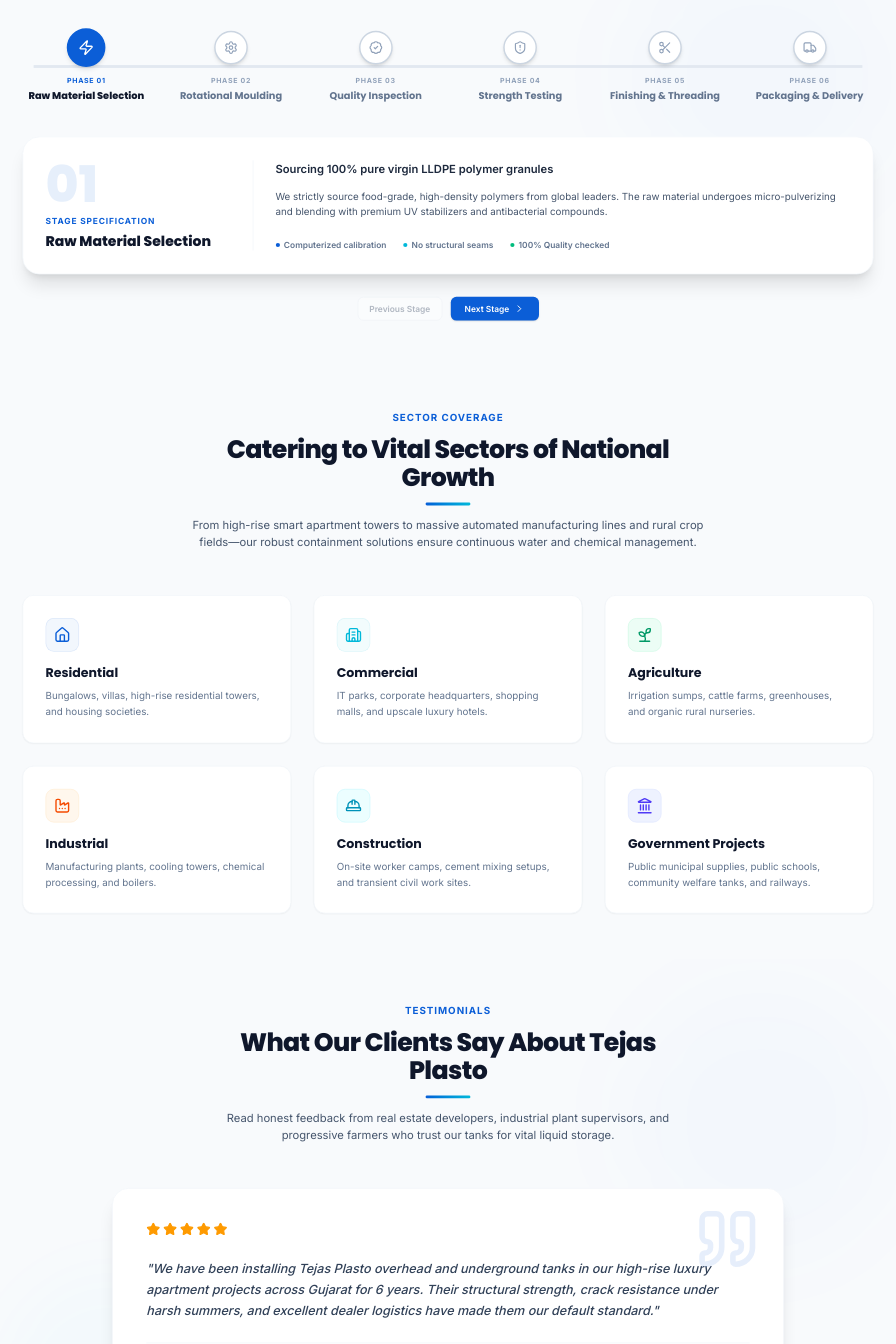
Repository: NikunjRajpara/TejasPlasto
Page: /
These files come from the project's save history. The page is drawn as it stood at one moment and after the next save; the edit follows.
The browser window is 1280 px wide. The pictures show the part of the page from y = 4580 to 6500 px (the page is 10199 px tall before and 10175 px after), at 70% of full size.
Pictures or frames that could not be fetched are drawn as grey boxes. The project was rebuilt for these pictures with package versions that can differ from the ones it lists, and the page was loaded fresh each time. Also part of the build but not shown: vite.config.js, src/components/Certifications.jsx, src/components/QuoteModal.jsx.

Above is the page before, as saved 2026-07-08 17:05:49.

### index.html
<!doctype html>
<html lang="en">
  <head>
    <meta charset="UTF-8" />
    <meta name="viewport" content="width=device-width, initial-scale=1.0" />
    <title>Tejas Plasto - Strong, Safe, and Reliable Water Storage Tanks</title>
  </head>
  <body>
    <div id="root"></div>
    <script type="module" src="/src/main.jsx"></script>
  </body>
</html>

### src/main.jsx
import {StrictMode} from 'react';
import {createRoot} from 'react-dom/client';
import App from './App.jsx';
import './index.css';

const root = document.getElementById('root');

createRoot(root).render(
  <App />
);

### src/App.jsx
/**
 * @license
 * SPDX-License-Identifier-2.0
 */

import React, { useState } from 'react';
import Navbar from './components/Navbar';
import Hero from './components/Hero';
import CompanyOverview from './components/CompanyOverview';
import ProductCategories from './components/ProductCategories';
import WhyChooseUs from './components/WhyChooseUs';
import ManufacturingProcess from './components/ManufacturingProcess';
import IndustriesServed from './components/IndustriesServed';
import Certifications from './components/Certifications';
import Testimonials from './components/Testimonials';
import Gallery from './components/Gallery';
import FAQ from './components/FAQ';
import Contact from './components/Contact';
import Footer from './components/Footer';
import QuoteModal from './components/QuoteModal';

export default function App() {
	const [isQuoteOpen, setIsQuoteOpen] = useState(false);
	const [preSelectedCategory, setPreSelectedCategory] = useState(undefined);

	const handleOpenQuote = (category) => {
		setPreSelectedCategory(category);
		setIsQuoteOpen(true);
	};

	const handleCloseQuote = () => {
		setIsQuoteOpen(false);
		setPreSelectedCategory(undefined);
	};

	return (
		<div className="min-h-screen bg-slate-50 text-slate-800 antialiased selection:bg-primary/20 selection:text-primary">
			{/* Sticky Premium Header */}
			<Navbar onOpenQuote={() => handleOpenQuote()} />

			{/* Main Page Layout */}
			<main>
				{/* Hero Section */}
				<Hero onOpenQuote={() => handleOpenQuote()} />

				{/* Company Overview (About) */}
				<CompanyOverview />

				{/* Product Categories */}
				<ProductCategories onSelectProductForQuote={(cat) => handleOpenQuote(cat)} />

				{/* Why Choose Tejas Plasto */}
				<WhyChooseUs />

				{/* Manufacturing Process */}
				<ManufacturingProcess />

				{/* Industries Served */}
				<IndustriesServed />

				{/* Customer Testimonials Carousel */}
				<Testimonials />

				{/* Infrastructure & Project Gallery with Lightbox */}
				<Gallery />

				{/* Accordion FAQ Section */}
				<FAQ />

				{/* Contact Form & VATVA Map */}
				<Contact />
			</main>

			{/* Multi-column Polished Footer */}
			<Footer />

			{/* Interactive Sizing & Quote Request Calculator Modal */}
			<QuoteModal
				isOpen={isQuoteOpen}
				onClose={handleCloseQuote}
				initialCategory={preSelectedCategory}
			/>
		</div>
	);
}

### src/index.css
@import url('https://fonts.googleapis.com/css2?family=Poppins:wght@300;400;500;600;700;800&family=Inter:wght@300;400;500;600;700&display=swap');
@import "tailwindcss";

@theme {
  --font-sans: "Inter", ui-sans-serif, system-ui, sans-serif;
  --font-display: "Poppins", sans-serif;

  --color-primary: #0B5ED7;
  --color-secondary: #00B8D9;
  --color-accent: #F57C00;
  --color-dark-footer: #0E1726;
}

html {
  scroll-behavior: smooth;
  font-family: var(--font-sans);
}

.font-display {
  font-family: var(--font-display);
}

### src/components/WhyChooseUs.jsx
import React from 'react';
import { motion } from 'motion/react';
import { ShieldCheck, Sun, Droplets, Sparkles, Activity, ShieldAlert, Wrench, Award, ArrowRight } from 'lucide-react';
import { FEATURES } from '../data';

export default function WhyChooseUs() {
	const getIcon = (iconName) => {
		switch (iconName) {
			case 'ShieldCheck':
				return <ShieldCheck className="w-6 h-6 text-emerald-600" />;
			case 'Sun':
				return <Sun className="w-6 h-6 text-orange-600" />;
			case 'Droplets':
				return <Droplets className="w-6 h-6 text-blue-600" />;
			case 'Sparkles':
				return <Sparkles className="w-6 h-6 text-teal-600" />;
			case 'Activity':
				return <Activity className="w-6 h-6 text-primary" />;
			case 'ShieldAlert':
				return <ShieldAlert className="w-6 h-6 text-rose-600" />;
			case 'Wrench':
				return <Wrench className="w-6 h-6 text-indigo-600" />;
			case 'Award':
				return <Award className="w-6 h-6 text-amber-600" />;
			default:
				return <ShieldCheck className="w-6 h-6 text-primary" />;
		}
	};

	const getBgColor = (iconName) => {
		switch (iconName) {
			case 'ShieldCheck': return 'bg-emerald-50 text-emerald-700';
			case 'Sun': return 'bg-orange-50 text-orange-700';
			case 'Droplets': return 'bg-blue-50 text-blue-700';
			case 'Sparkles': return 'bg-teal-50 text-teal-700';
			case 'Activity': return 'bg-blue-50 text-blue-700';
			case 'ShieldAlert': return 'bg-rose-50 text-rose-700';
			case 'Wrench': return 'bg-indigo-50 text-indigo-700';
			case 'Award': return 'bg-amber-50 text-amber-700';
			default: return 'bg-blue-50 text-blue-700';
		}
	};

	return (
		<section id="why-us" className="py-13 bg-white relative overflow-hidden">
			{/* Visual background accents */}
			<div className="absolute top-1/2 left-10 w-72 h-72 bg-orange-500/3 rounded-full blur-2xl pointer-events-none" />

			<div className="max-w-7xl mx-auto px-4 sm:px-6 lg:px-8 relative z-10">

				{/* Section Header */}
				<div className="text-center max-w-3xl mx-auto mb-16 space-y-4">
					<span className="text-sm font-bold text-primary uppercase tracking-widest block">THE TEJAS PLASTO EDGE</span>
					<h2 className="text-3xl sm:text-4xl font-display font-extrabold text-slate-900 tracking-tight">
						Excellence Engineering. Ultimate Liquid Safety.
					</h2>
					<div className="w-16 h-1 bg-gradient-to-r from-primary to-secondary mx-auto rounded" />
					<p className="text-slate-600">
						We build tanks with precise multi-layer engineering to isolate your stored water from intense heat, external impacts, algae formation and structural cracking.
					</p>
				</div>
				{/* Feature Cards Grid */}
				<div
					className="flex flex-wrap justify-center gap-6"
					id="features-cards-grid"
				>
					{FEATURES.map((feat, index) => (
						<motion.div
							key={feat.id}
							whileHover={{ y: -6 }}
							transition={{ duration: 0.2 }}
							className="w-full sm:w-[calc(50%-12px)] lg:w-[calc(25%-18px)] p-8 bg-slate-50 border border-slate-200 rounded-3xl flex flex-col justify-between hover:bg-white hover:shadow-xl hover:border-slate-300 transition-all group"
						>
							<div className="space-y-6">
								{/* Icon wrapper */}
								<div
									className={`w-12 h-12 rounded-2xl flex items-center justify-center ${getBgColor(
										feat.iconName
									)} group-hover:scale-110 transition-transform`}
								>
									{getIcon(feat.iconName)}
								</div>

								<div className="space-y-1.5">
									<h3 className="font-display font-bold text-slate-900 text-base">
										{feat.title}
									</h3>
									<p className="text-xs text-slate-500 leading-relaxed">
										{feat.description}
									</p>
								</div>
							</div>

							{/* Bottom Text */}
							<div className="pt-4 mt-4 border-t border-slate-200/50 flex items-center text-[10px] font-bold text-slate-400 group-hover:text-primary transition-colors">
								ENGINEERED GUARANTEE • 100% RELIABLE
							</div>
						</motion.div>
					))}
				</div>

			</div>
		</section>
	);
}

### src/components/IndustriesServed.jsx
import React from 'react';
import { motion } from 'motion/react';
import { Home, Building2, Sprout, Factory, HardHat, Landmark } from 'lucide-react';
import { INDUSTRIES } from '../data';

export default function IndustriesServed() {
  const getIcon = (iconName) => {
    switch (iconName) {
      case 'Home': return <Home className="w-6 h-6 text-primary" />;
      case 'Building2': return <Building2 className="w-6 h-6 text-secondary" />;
      case 'Sprout': return <Sprout className="w-6 h-6 text-emerald-600" />;
      case 'Factory': return <Factory className="w-6 h-6 text-orange-600" />;
      case 'HardHat': return <HardHat className="w-6 h-6 text-cyan-600" />;
      case 'Milestone': return <Landmark className="w-6 h-6 text-indigo-600" />;
      default: return <Home className="w-6 h-6 text-primary" />;
    }
  };

  const getAccentBg = (iconName) => {
    switch (iconName) {
      case 'Home': return 'bg-primary/5 text-primary border-primary/10';
      case 'Building2': return 'bg-secondary/5 text-secondary border-secondary/10';
      case 'Sprout': return 'bg-emerald-50 text-emerald-600 border-emerald-100';
      case 'Factory': return 'bg-orange-50 text-orange-600 border-orange-100';
      case 'HardHat': return 'bg-cyan-50 text-cyan-600 border-cyan-100';
      case 'Milestone': return 'bg-indigo-50 text-indigo-600 border-indigo-100';
      default: return 'bg-blue-50 text-blue-600 border-blue-100';
    }
  };

  return (
    <section id="industries" className="py-16 bg-slate-50 relative overflow-hidden">
      <div className="max-w-7xl mx-auto px-4 sm:px-6 lg:px-8 relative z-10">

        {/* Section Header */}
        <div className="text-center max-w-3xl mx-auto mb-16 space-y-4">
          <span className="text-sm font-bold text-primary uppercase tracking-widest block">SECTOR COVERAGE</span>
          <h2 className="text-3xl sm:text-4xl font-display font-extrabold text-slate-900 tracking-tight">
            Catering to Vital Sectors of National Growth
          </h2>
          <div className="w-16 h-1 bg-gradient-to-r from-primary to-secondary mx-auto rounded" />
          <p className="text-slate-600">
            From high-rise smart apartment towers to massive automated manufacturing lines and rural crop fields—our robust containment solutions ensure continuous water and chemical management.
          </p>
        </div>

        {/* Sector Grid */}
        <div className="grid grid-cols-1 sm:grid-cols-2 lg:grid-cols-3 gap-8" id="industries-grid">
          {INDUSTRIES.map((ind, index) => (
            <motion.div
              key={ind.name}
              initial={{ opacity: 0, y: 15 }}
              whileInView={{ opacity: 1, y: 0 }}
              viewport={{ once: true, margin: '-40px' }}
              transition={{ delay: index * 0.05, duration: 0.4 }}
              className="bg-white border border-slate-100 p-8 rounded-2xl shadow-xs hover:shadow-xl hover:border-slate-100 transition-all group relative flex flex-col justify-between"
            >
              <div className="space-y-4">
                {/* Icon Circle */}
                <div className={`w-12 h-12 rounded-xl flex items-center justify-center border ${getAccentBg(ind.icon)} group-hover:scale-110 transition-transform`}>
                  {getIcon(ind.icon)}
                </div>

                <div className="space-y-2">
                  <h3 className="font-display font-bold text-slate-900 text-lg">
                    {ind.name}
                  </h3>
                  <p className="text-xs sm:text-sm text-slate-500 leading-relaxed">
                    {ind.description}
                  </p>
                </div>
              </div>

              {/* Bottom decorative anchor tag */}

            </motion.div>
          ))}
        </div>

      </div>
    </section>
  );
}

### src/components/Testimonials.jsx
import React, { useState } from 'react';
import { motion, AnimatePresence } from 'motion/react';
import { ChevronLeft, ChevronRight, Star, Quote } from 'lucide-react';
import { TESTIMONIALS } from '../data';

export default function Testimonials() {
  const [currentIndex, setCurrentIndex] = useState(0);

  const handlePrev = () => {
    setCurrentIndex((prev) => (prev === 0 ? TESTIMONIALS.length - 1 : prev - 1));
  };

  const handleNext = () => {
    setCurrentIndex((prev) => (prev === TESTIMONIALS.length - 1 ? 0 : prev + 1));
  };

  return (
    <section className="py-16 bg-slate-50 relative overflow-hidden" id="testimonials">
      {/* Decorative background vectors */}
      <div className="absolute right-0 top-10 w-96 h-96 bg-primary/2 rounded-full blur-3xl pointer-events-none" />
      <div className="absolute left-0 bottom-10 w-80 h-80 bg-secondary/2 rounded-full blur-2xl pointer-events-none" />

      <div className="max-w-5xl mx-auto px-4 sm:px-6 lg:px-8 relative z-10">

        {/* Section Header */}
        <div className="text-center max-w-2xl mx-auto mb-16 space-y-4">
          <span className="text-sm font-bold text-primary uppercase tracking-widest block">TESTIMONIALS</span>
          <h2 className="text-3xl sm:text-4xl font-display font-extrabold text-slate-900 tracking-tight">
            What Our Clients Say About Tejas Plasto
          </h2>
          <div className="w-16 h-1 bg-gradient-to-r from-primary to-secondary mx-auto rounded" />
          <p className="text-slate-600">
            Read honest feedback from real estate developers, industrial plant supervisors, and progressive farmers who trust our tanks for vital liquid storage.
          </p>
        </div>

        {/* Carousel Slider Block */}
        <div className="relative" id="testimonials-carousel">
          <div className="overflow-hidden bg-white border border-slate-100 rounded-3xl p-6 sm:p-12 shadow-xl relative">
            <Quote className="absolute top-6 right-8 text-primary/10 w-24 h-24 pointer-events-none" />

            <AnimatePresence mode="wait">
              <motion.div
                key={currentIndex}
                initial={{ opacity: 0, x: 20 }}
                animate={{ opacity: 1, x: 0 }}
                exit={{ opacity: 0, x: -20 }}
                transition={{ duration: 0.3 }}
                className="space-y-6 sm:space-y-8"
              >
                {/* Stars Rating */}
                <div className="flex gap-1" id="rating-stars">
                  {Array.from({ length: 5 }).map((_, i) => (
                    <Star
                      key={i}
                      className={`w-5 h-5 ${
                        i < TESTIMONIALS[currentIndex].rating
                          ? 'fill-amber-500 text-amber-500'
                          : 'text-slate-200'
                      }`}
                    />
                  ))}
                </div>

                {/* Review Paragraph */}
                <blockquote className="text-base sm:text-lg text-slate-700 leading-relaxed font-sans font-medium italic">
                  "{TESTIMONIALS[currentIndex].review}"
                </blockquote>

                {/* User Profile */}
                <div className="flex items-center gap-4 pt-4 border-t border-slate-100">
                  <img
                    src={TESTIMONIALS[currentIndex].image}
                    alt={TESTIMONIALS[currentIndex].name}
                    className="w-14 h-14 rounded-full object-cover border-2 border-primary/20 shadow-sm"
                    referrerPolicy="no-referrer"
                  />
                  <div>
                    <h4 className="font-display font-bold text-slate-900 text-base">
                      {TESTIMONIALS[currentIndex].name}
                    </h4>
                    <p className="text-xs text-slate-500">
                      {TESTIMONIALS[currentIndex].role}, <strong className="text-slate-700 font-semibold">{TESTIMONIALS[currentIndex].company}</strong>
                    </p>
                  </div>
                </div>
              </motion.div>
            </AnimatePresence>
          </div>

          {/* Navigation Controls */}
          <div className="flex items-center justify-between sm:justify-end gap-3 mt-6">
            <div className="text-xs text-slate-500 sm:mr-auto">
              Showing testimonial <strong className="text-slate-800">{currentIndex + 1}</strong> of {TESTIMONIALS.length}
            </div>

            <button
              onClick={handlePrev}
              className="p-3 bg-white hover:bg-slate-50 rounded-xl border border-slate-200 text-slate-600 shadow-sm transition-all hover:scale-105"
              aria-label="Previous testimonial"
              id="prev-testimonial-btn"
            >
              <ChevronLeft className="w-5 h-5" />
            </button>
            <button
              onClick={handleNext}
              className="p-3 bg-white hover:bg-slate-50 rounded-xl border border-slate-200 text-slate-600 shadow-sm transition-all hover:scale-105"
              aria-label="Next testimonial"
              id="next-testimonial-btn"
            >
              <ChevronRight className="w-5 h-5" />
            </button>
          </div>
        </div>

      </div>
    </section>
  );
}

### src/components/FAQ.jsx
import React, { useState } from 'react';
import { motion, AnimatePresence } from 'motion/react';
import { HelpCircle, ChevronDown, ChevronUp } from 'lucide-react';
import { FAQS } from '../data';

export default function FAQ() {
  const [openId, setOpenId] = useState('faq1');

  const toggleFAQ = (id) => {
    setOpenId(prev => (prev === id ? null : id));
  };

  return (
    <section id="faq" className="py-16 bg-white relative overflow-hidden">
      <div className="absolute left-0 top-1/3 w-72 h-72 bg-secondary/2 rounded-full blur-2xl pointer-events-none" />

      <div className="max-w-4xl mx-auto px-4 sm:px-6 lg:px-8 relative z-10">

        {/* Section Header */}
        <div className="text-center max-w-2xl mx-auto mb-16 space-y-4">
          <span className="text-sm font-bold text-primary uppercase tracking-widest block">LEARN MORE</span>
          <h2 className="text-3xl sm:text-4xl font-display font-extrabold text-slate-900 tracking-tight">
            Frequently Asked Questions
          </h2>
          <div className="w-16 h-1 bg-gradient-to-r from-primary to-secondary mx-auto rounded" />
          <p className="text-slate-600">
            Have structural or installation questions? Browse through our technical guide or reach out to our support helpline.
          </p>
        </div>

        {/* Accordion List */}
        <div className="space-y-4" id="faq-accordions">
          {FAQS.map((faq) => {
            const isOpen = openId === faq.id;

            return (
              <div
                key={faq.id}
                className={`border rounded-3xl transition-all duration-300 ${
                  isOpen
                    ? 'border-primary bg-slate-50/50 shadow-sm'
                    : 'border-slate-200 hover:border-slate-300 bg-white'
                }`}
                id={`faq-item-${faq.id}`}
              >
                {/* Trigger Header Button */}
                <button
                  onClick={() => toggleFAQ(faq.id)}
                  className="w-full text-left px-6 py-5 flex items-center justify-between gap-4 font-display font-bold text-slate-800 hover:text-slate-900 focus:outline-none transition-colors cursor-pointer"
                >
                  <span className="flex items-center gap-3 text-sm sm:text-base">
                    <HelpCircle className={`w-5 h-5 shrink-0 ${isOpen ? 'text-primary' : 'text-slate-400'}`} />
                    {faq.question}
                  </span>
                  {isOpen ? (
                    <ChevronUp className="w-5 h-5 text-primary shrink-0" />
                  ) : (
                    <ChevronDown className="w-5 h-5 text-slate-400 shrink-0" />
                  )}
                </button>

                {/* Collapsible Answer Pane */}
                <AnimatePresence initial={false}>
                  {isOpen && (
                    <motion.div
                      initial={{ height: 0, opacity: 0 }}
                      animate={{ height: 'auto', opacity: 1 }}
                      exit={{ height: 0, opacity: 0 }}
                      transition={{ duration: 0.25, ease: 'easeInOut' }}
                      className="overflow-hidden"
                    >
                      <div className="px-6 pb-6 pt-1 text-xs sm:text-sm text-slate-600 leading-relaxed border-t border-slate-100 mt-1">
                        {faq.answer}
                      </div>
                    </motion.div>
                  )}
                </AnimatePresence>
              </div>
            );
          })}
        </div>

        {/* Sticky footer help block */}
        <div className="mt-12 text-center bg-slate-50 border border-slate-200 p-6 rounded-3xl flex flex-col sm:flex-row items-center justify-between gap-4 max-w-2xl mx-auto">
          <div className="text-left space-y-1">
            <h4 className="font-display font-bold text-sm text-slate-900">Still have unanswered questions?</h4>
            <p className="text-xs text-slate-500">Our commercial engineers are ready to assist you with blueprints.</p>
          </div>
          <a
            href="#contact"
            className="px-5 py-2.5 bg-slate-900 hover:bg-slate-800 text-white font-semibold text-xs rounded-xl shadow-sm transition-all whitespace-nowrap"
          >
            Contact Support Helpline
          </a>
        </div>

      </div>
    </section>
  );
}

Loaded but not shown: src/data.js (242 lines, source omitted); src/components/ProductCategories.jsx (309 lines, source omitted); src/components/Contact.jsx (354 lines, source omitted); src/components/ManufacturingProcess.jsx (176 lines, source omitted); src/components/CompanyOverview.jsx (152 lines, source omitted); src/components/Gallery.jsx (190 lines, source omitted); src/components/Hero.jsx (153 lines, source omitted); src/components/Footer.jsx (133 lines, source omitted); src/components/Navbar.jsx (151 lines, source omitted)

After the next save:
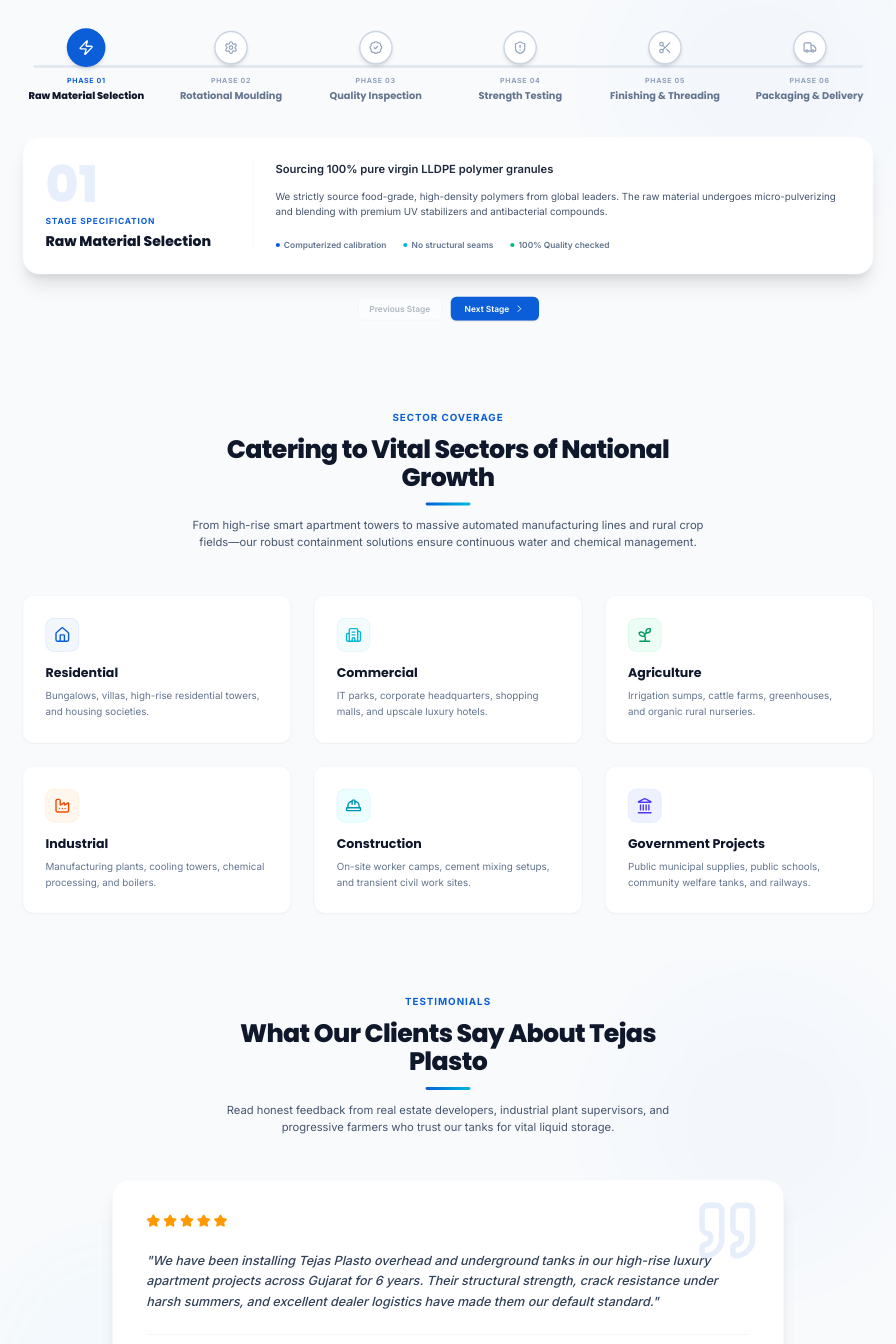
Saved 20 s later.
--- a/src/components/Testimonials.jsx
+++ b/src/components/Testimonials.jsx
@@ -15,7 +15,7 @@
   };
 
   return (
-    <section className="py-16 bg-slate-50 relative overflow-hidden" id="testimonials">
+    <section className="py-13 bg-slate-50 relative overflow-hidden" id="testimonials">
       {/* Decorative background vectors */}
       <div className="absolute right-0 top-10 w-96 h-96 bg-primary/2 rounded-full blur-3xl pointer-events-none" />
       <div className="absolute left-0 bottom-10 w-80 h-80 bg-secondary/2 rounded-full blur-2xl pointer-events-none" />
